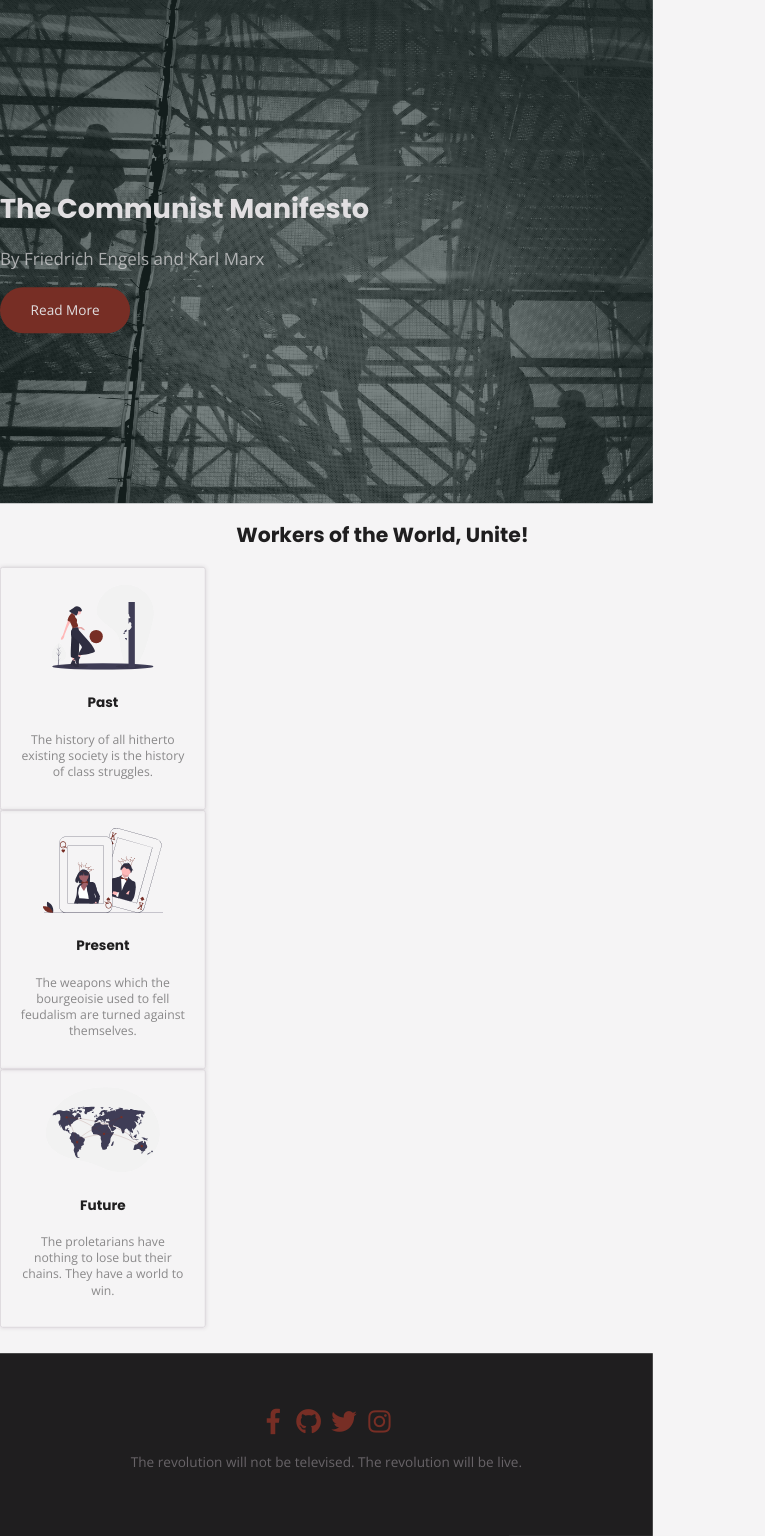
Repository: eaang/landing
Page: index.html
An editor plug-in stored every save of this project. The page is shown before and after the next save, followed by the edit.
The browser window is 768 px wide. The page is 900 px wide, so the pictures cover 900 px, including what lies to the right of the window. The pictures show the whole page, at 85% of full size.
Some web libraries are served in a nearby version.

Above is the page before, as saved 2020-06-10 16:44:57.

### index.html
<!DOCTYPE html>
<html>
  <head>
    <meta charset="UTF-8" />
    <title>The Communist Manifesto</title>
    <link rel="shortcut icon" href="data:[embedded picture, 18 characters]" type="image/x-icon" />
    <!-- We need this line below for responsiveness! -->
    <meta name="viewport" content="width=device-width, initial-scale=1" />
    <link rel="stylesheet" href="css/style.css" />
  </head>
  <body>
    <!-- code a Hero / Banner section -->
    <div class="banner">
      <div class="container">
        <h1>The Communist Manifesto</h1>
        <p>By Friedrich Engels and Karl Marx</p>
        <a class="btn-primary" href="#">Read More</a>
      </div>
    </div>
    <!-- code a "How it works" section -->
    <div class="container">
      <h2 class="text-center">Workers of the World, Unite!</h2>
      <div class="cards">
        <div class="card">
          <img src="images/struggle.svg" alt="" />
          <h4>Past</h4>
          <p>
            The history of all hitherto existing society is the history of class
            struggles.
          </p>
        </div>

        <div class="card">
          <img src="images/feudal.svg" alt="" />
          <h4>Present</h4>
          <p>
            The weapons which the bourgeoisie used to fell feudalism are turned
            against themselves.
          </p>
        </div>

        <div class="card">
          <img src="images/future.svg" alt="" />
          <h4>Future</h4>
          <p>
            The proletarians have nothing to lose but their chains. They have a
            world to win.
          </p>
        </div>
      </div>
    </div>
    <!-- code a footer -->
    <div class="footer">
      <div class="links">
        <a href="#"><i class="fab fa-fw fa-facebook-f"></i></a>
        <a href="#"><i class="fab fa-fw fa-github"></i></a>
        <a href="#"><i class="fab fa-fw fa-twitter"></i></a>
        <a href="#"><i class="fab fa-fw fa-instagram"></i></a>
        <p>
          The revolution will not be televised. The revolution will be live.
        </p>
      </div>
    </div>
  </body>
</html>

### css/style.css
/* Fonts */
@import url("https://fonts.googleapis.com/css?family=Open+Sans:400,700|Poppins:700");

/* Fontawesome */
@import url("https://use.fontawesome.com/releases/v5.6.3/css/all.css");

/* Utilities */
body {
  margin: 0;
  font-family: Open Sans;
  background-color: #f5f4f5;
  color: #1f1e1f;
}

h1,
h2,
h3,
h4 {
  font-family: Poppins;
}

a {
  text-decoration: none;
}

.text-center {
  text-align: center;
}
/* Custom design below! */
.container {
  width: 900px;
  margin: auto;
}

/* Banner design */
.banner:before {
  content: " ";
  display: block;
  position: absolute;
  left: 0;
  top: 0;
  width: 100%;
  height: 100%;
  z-index: 1;
  opacity: 0.4;
  background-image: url("../images/background.jpg");
  background-repeat: no-repeat;
  background-position: 50% 0;
  -ms-background-size: cover;
  -o-background-size: cover;
  -moz-background-size: cover;
  -webkit-background-size: cover;
  background-size: cover;
}
.banner {
  position: relative;
  background: #203130;
  overflow: hidden;
  padding: 200px 0;
}
.banner h1 {
  position: relative;
  z-index: 2;
  color: #e1dfe1;
}
.banner p {
  position: relative;
  z-index: 2;
  color: #e1dfe1;
  opacity: 0.7;
  font-size: 20px;
}
.btn-primary {
  position: relative;
  z-index: 2;
  display: inline-block;
  background-color: #772e25;
  padding: 16px 36px;
  border-radius: 50px;
  color: #e1dfe1;
}

/* Cards design */
.cards {
  display: flex;
  justify-content: space-between;
  margin-bottom: 30px;
}
.card {
  width: 200px;
  border-radius: 3px;
  box-shadow: 0 0 5px rgb(216, 212, 216);
  text-align: center;
  padding: 20px;
  border: 1px solid rgb(216, 212, 216);
}
.card img {
  height: 100px;
}
.card p {
  opacity: 0.5;
  font-size: 0.9em;
}

/* Footer design */
.footer {
  text-align: center;
  padding: 60px;
  background-color: #1f1e1f;
}
.footer a {
  font-size: 30px;
  color: #772e25;
}
.footer p {
  color: #686468;
}

/* Media Queries */

@media only screen and (max-width: 900px) {
  .cards {
    display: flex;
    flex-direction: column;
  }
}

After the next save:
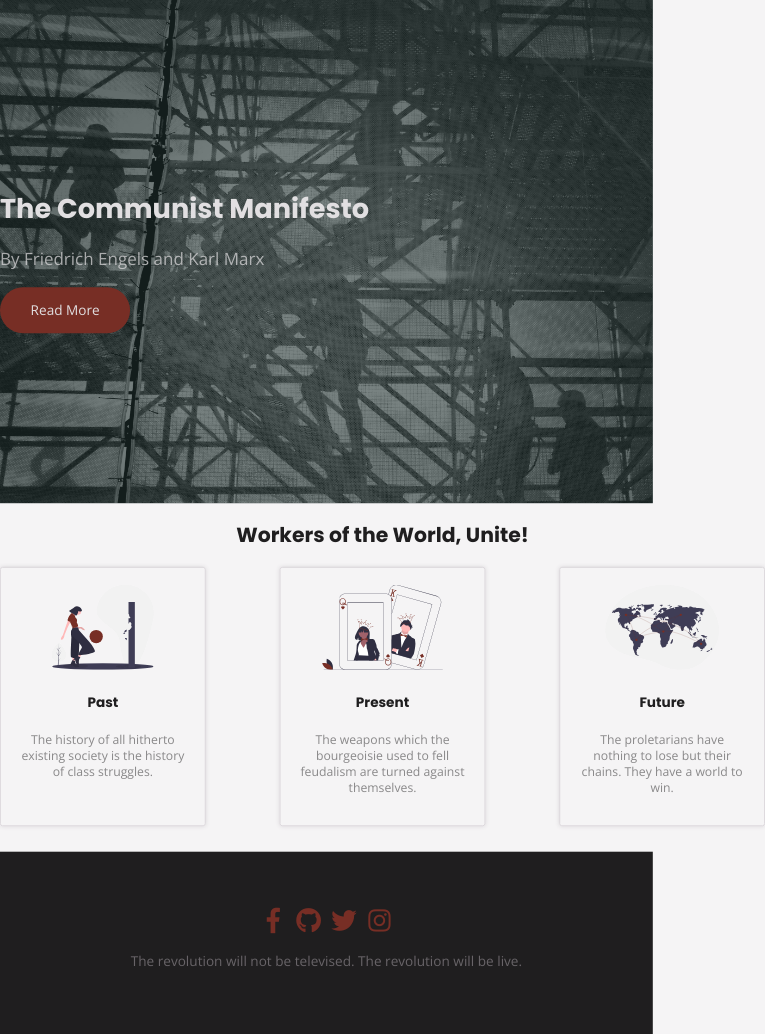
Saved 21 s later.
--- a/css/style.css
+++ b/css/style.css
@@ -121,6 +121,6 @@ a {
 @media only screen and (max-width: 900px) {
   .cards {
     display: flex;
-    flex-direction: column;
+    flex-wrap: wrap;
   }
 }
